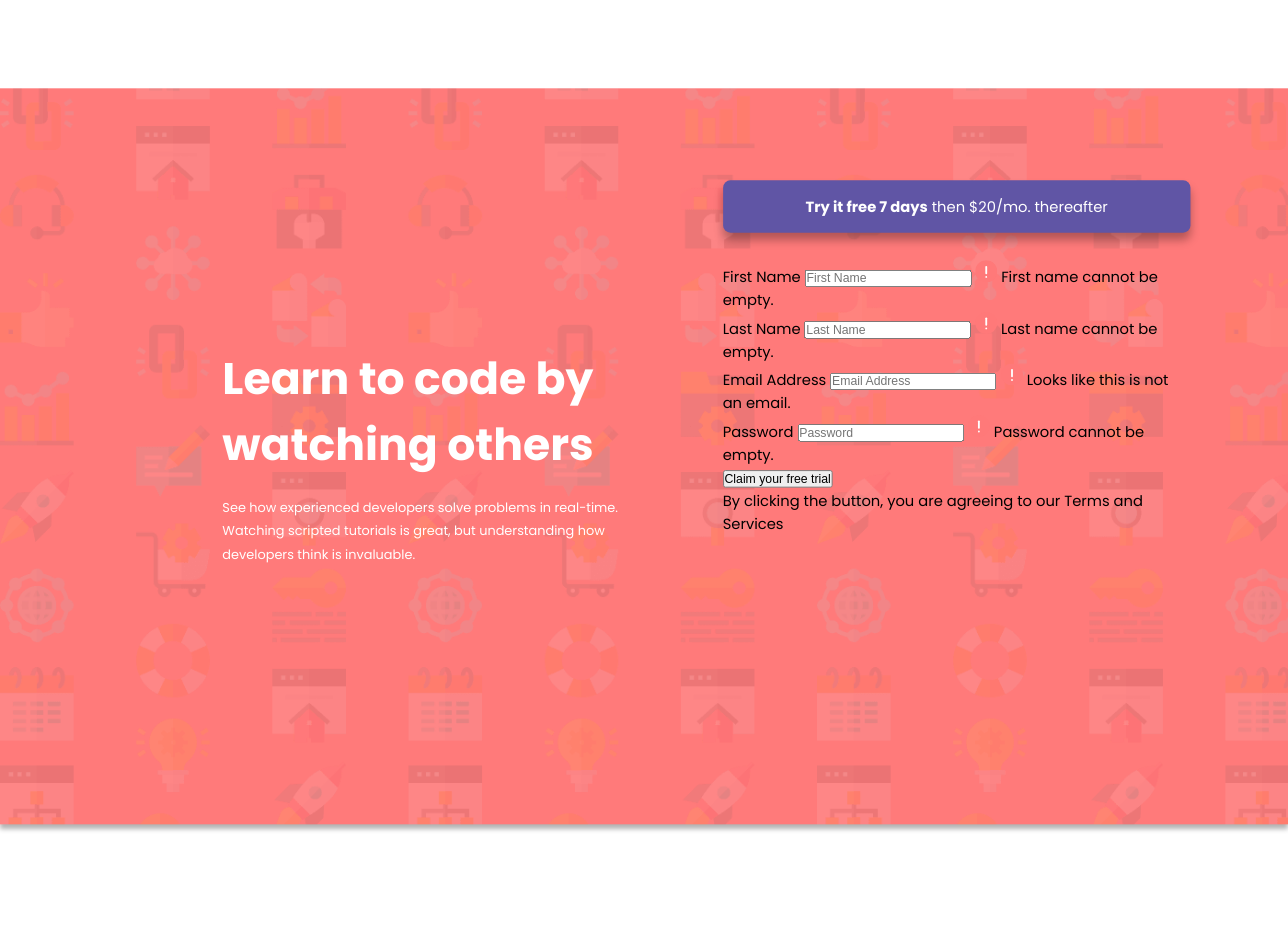
Repository: cipdanila/intro-component-with-sign-up-form
Page: v1/index.html
An editor plug-in stored every save of this project. The page is shown before and after the next save, followed by the edit.
The browser window is 1280 px wide. The page is 1400 px wide, so the pictures cover 1400 px, including what lies to the right of the window. The pictures show the whole page, at 92% of full size.

Above is the page before, as saved 2024-02-19 17:31:20.

### v1/index.html
<!DOCTYPE html>
<html lang="en">
    <head>
        <meta charset="UTF-8" />
        <meta name="viewport" content="width=device-width, initial-scale=1.0" />
        <!-- displays site properly based on user's device -->

        <link rel="icon" type="image/png" sizes="32x32" href="./images/favicon-32x32.png" />
        <link rel="stylesheet" href="css/style.css" />
        <title>Frontend Mentor | Intro component with sign up form</title>
    </head>
    <body>
        <main>
            <section class="learn-container">
                <h1>Learn to code by watching others</h1>
                <p>
                    See how experienced developers solve problems in real-time. Watching scripted tutorials is great, but
                    understanding how developers think is invaluable.
                </p>
            </section>
            <section class="form-container">
                <h2 class="form-heading"><span>Try it free 7 days</span> then $20/mo. thereafter</h2>
                <div>
                    <form action="#" id="form">
                        <div class="form-group">
                            <label for="fname">First Name</label>
                            <input type="text" class="first-name" id="fname" placeholder="First Name" />
                            <span><img src="/images/icon-error.svg" alt="error" /></span>
                            <span class="fname-error">First name cannot be empty.</span>
                        </div>
                        <div class="form-group">
                            <label for="lname">Last Name</label>
                            <input type="text" class="last-name" id="lname" placeholder="Last Name" />
                            <span><img src="/images/icon-error.svg" alt="error" /></span>
                            <span class="lname-error">Last name cannot be empty.</span>
                        </div>
                        <div class="form-group">
                            <label for="email">Email Address</label>
                            <input type="email" class="email-address" id="email" placeholder="Email Address" />
                            <span><img src="/images/icon-error.svg" alt="error" /></span>
                            <span class="email-error">Looks like this is not an email.</span>
                        </div>
                        <div class="form-group">
                            <label for="password">Password</label>
                            <input type="password" class="password" id="password" placeholder="Password" />
                            <span><img src="/images/icon-error.svg" alt="error" /></span>
                            <span class="password-error">Password cannot be empty.</span>
                        </div>
                        <button class="btn btn-green" type="submit">Claim your free trial</button>
                        <p class="form-footer">By clicking the button, you are agreeing to our <span>Terms and Services</span></p>
                    </form>
                </div>
            </section>
        </main>
        <script src="js/appv1.js"></script>
    </body>
</html>

### v1/css/style.css
@import url("https://fonts.googleapis.com/css2?family=Poppins:wght@400;500;600;700&display=swap");

:root {
    /* Colors */
    /* Primary */
    --red: hsl(0, 100%, 74%);
    --green: hsl(154, 59%, 51%);
    /* Accent */
    --blue: hsl(248, 32%, 49%);
    /* Neutral */
    --dark-blue: hsl(249, 10%, 26%);
    --grayish-blue: hsl(246, 25%, 77%);
    --white: #fff;
    /* Other variables */
    --font-size-base: 1rem; /* 16px */
    --font-weight-base: 400;
}

*,
*::after,
*::before {
    margin: 0;
    padding: 0;
    box-sizing: border-box;
}

body,
html {
    font-family: "Poppins", sans-serif;
    font-size: var(--font-size-base);
    font-weight: var(--font-weight-base);
    padding: 3rem 0;  /* 48px */
}

main {
    margin-left: auto;
    margin-right: auto;
    margin-bottom: 20px;
    width: 1400px;
    background-color: var(--red);
    background-image: url(/images/bg-intro-desktop.png);
    height: 800px;
    padding: 4rem;
    display: flex;
    justify-content: space-around;
    gap: 1.5rem;
    align-items: center;
    box-shadow: 0 5px 5px rgba(0, 0, 0, 0.3);
}

.learn-container {
    color: var(--white);
    padding-left: 8.5rem;
    flex: 0 0 45%;

    h1 {
        font-size: 3rem;
        margin-bottom: 20px;
    }

    p {
        font-size: 14px;
        line-height: 1.8;
    }
}

.form-container {
    flex: 0 0 40%;
    height: 600px;

    .form-heading {
        max-width: 100%;
        background-color: var(--blue);
        border-radius: 0.5rem;
        padding: 1rem;
        color: var(--white);
        font-size: var(--font-size-base);
        font-weight: var(--font-weight-base);
        text-align: center;
        box-shadow: 0 8px 10px rgba(0, 0, 0, 0.3);
        margin-bottom: 30px;
        display: block;

        span {
            font-weight: 700;
            display: inline-block;
        }
    }

}

### v1/js/appv1.js
"use strict";

console.log("hello");

After the next save:
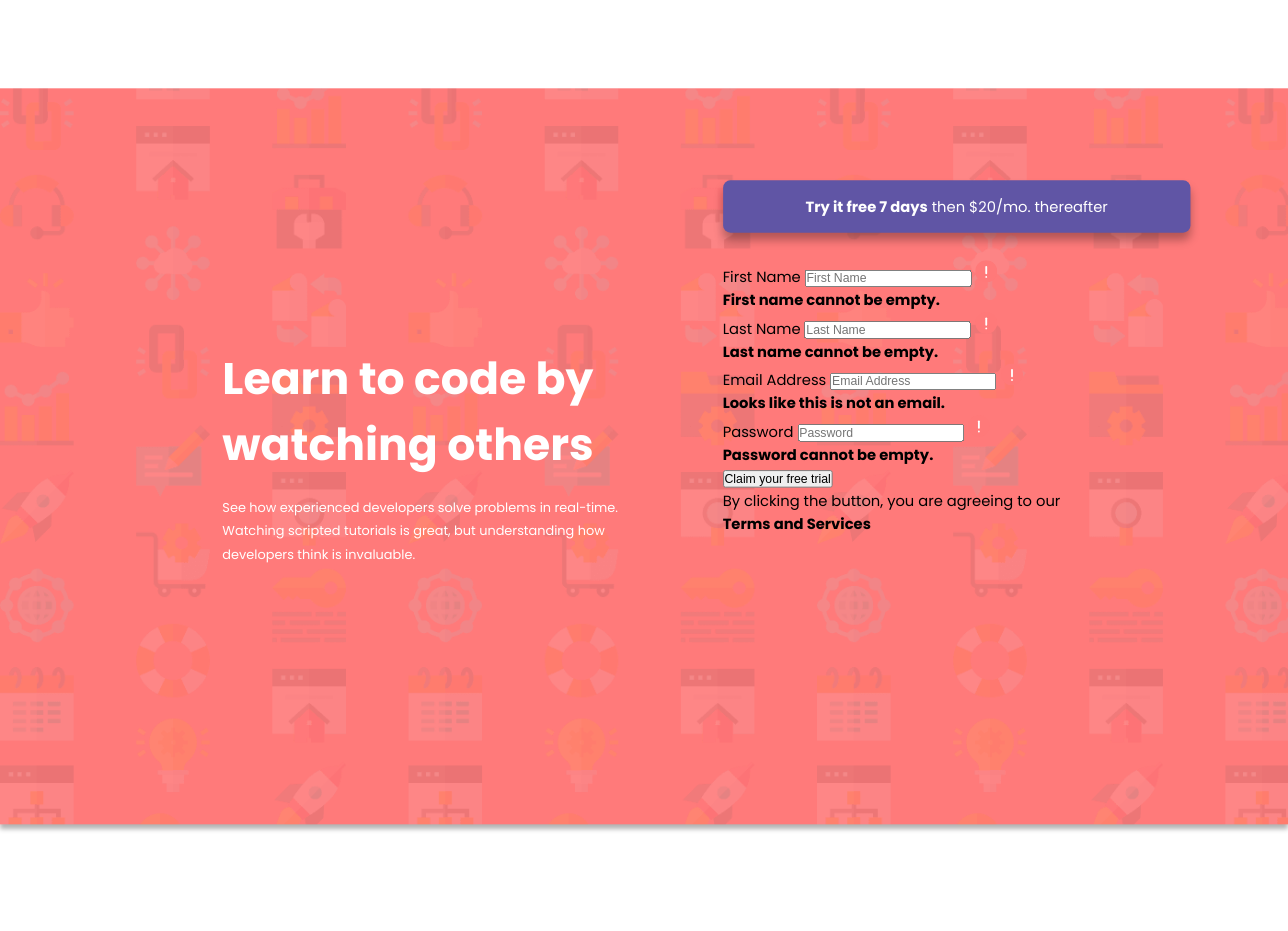
Saved 22 s later.
--- a/v1/css/style.css
+++ b/v1/css/style.css
@@ -80,11 +80,10 @@
         box-shadow: 0 8px 10px rgba(0, 0, 0, 0.3);
         margin-bottom: 30px;
         display: block;
-
-        span {
-            font-weight: 700;
-            display: inline-block;
-        }
     }
 
+    span {
+        font-weight: 700;
+        display: inline-block;
+    }
 }

After the save that followed:
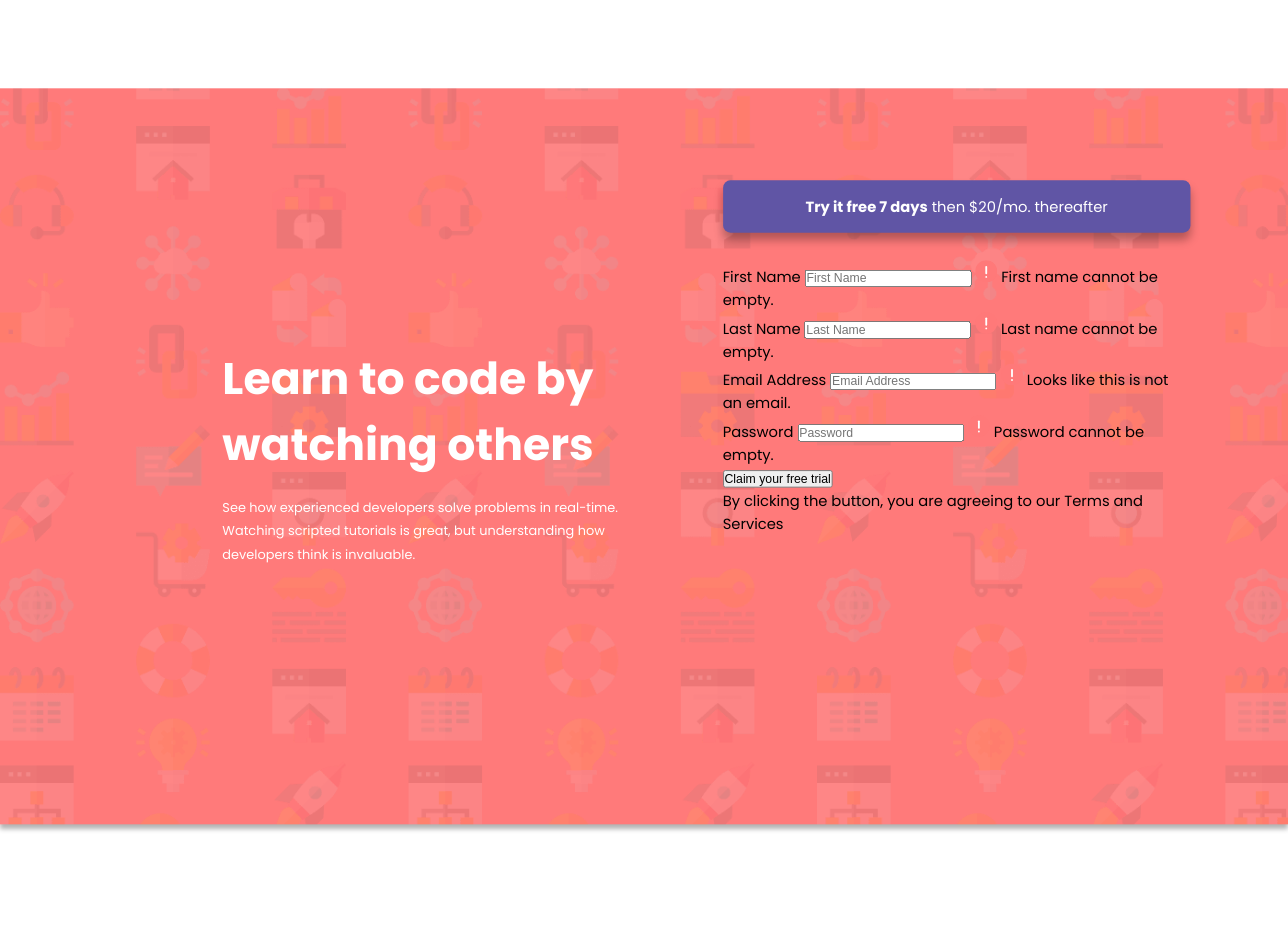
Saved 6 s later.
--- a/v1/css/style.css
+++ b/v1/css/style.css
@@ -80,10 +80,12 @@
         box-shadow: 0 8px 10px rgba(0, 0, 0, 0.3);
         margin-bottom: 30px;
         display: block;
+
+
+        span {
+            font-weight: 700;
+            display: inline-block;
+        }
     }
 
-    span {
-        font-weight: 700;
-        display: inline-block;
-    }
 }
